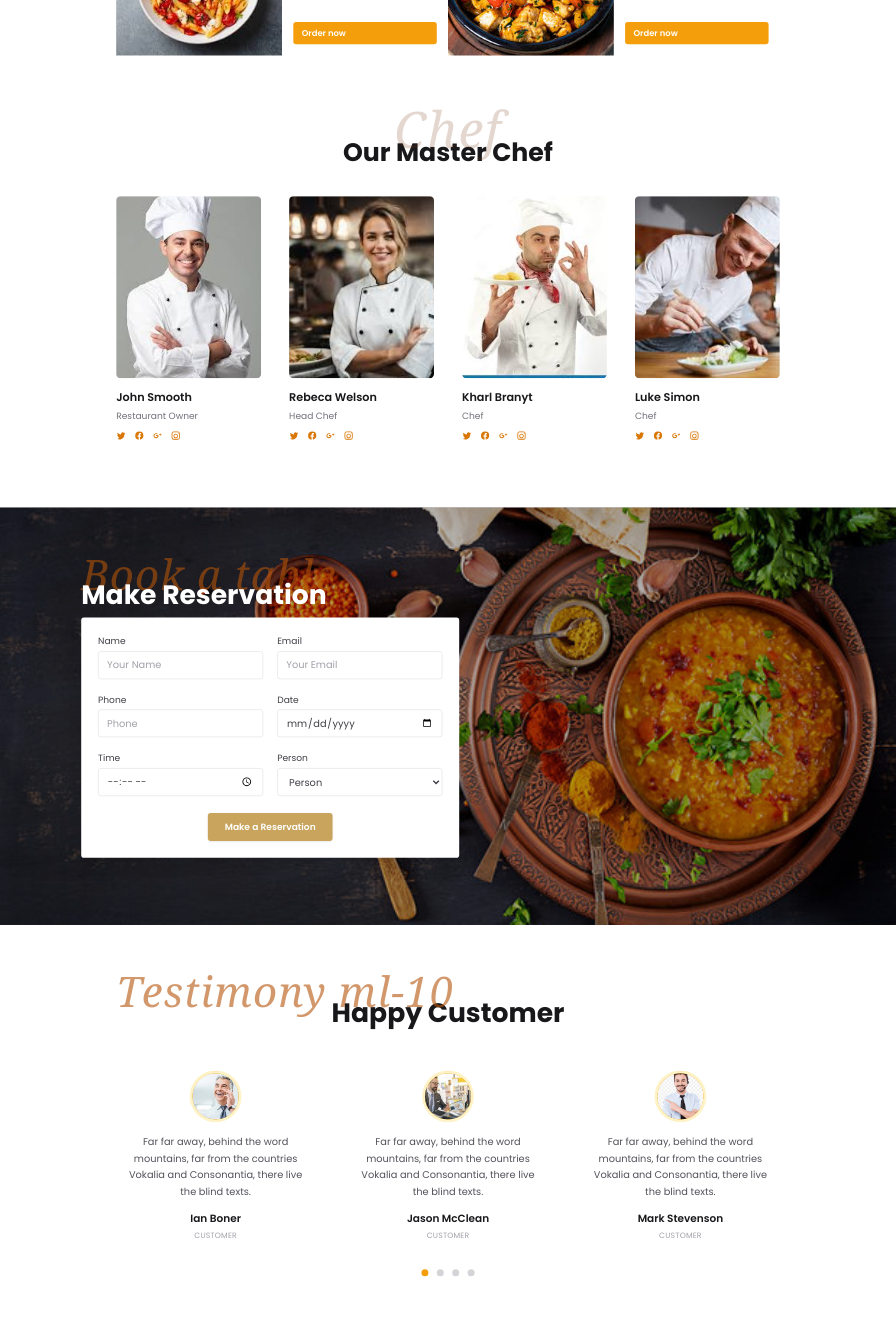
Repository: Purniagithub/Benttacproject
Page: /
An editor plug-in stored every save of this project. The page is shown before and after the next save, followed by the edit.
The browser window is 1280 px wide. The pictures show the part of the page from y = 2385 to 4305 px (the page is 4305 px tall), at 70% of full size.
Some web fonts or font styles are not loaded; a fallback is used. The project was rebuilt for these pictures with package versions that can differ from the ones it lists, and the page was loaded fresh each time. Also part of the build but not shown: vite.config.js.

Above is the page before, as saved 2025-08-21 19:41:34.

After the next save:
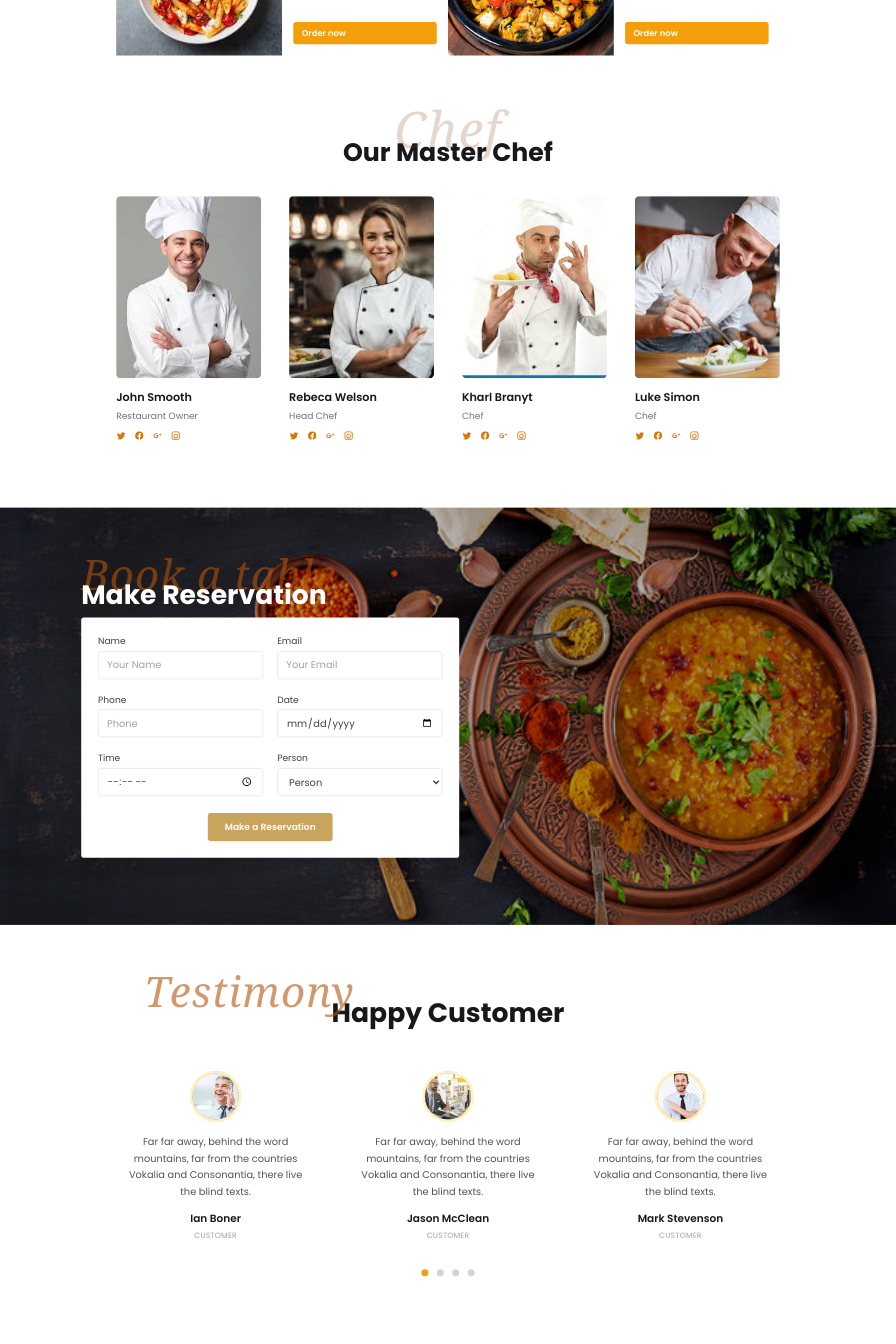
Saved 34 s later.
--- a/src/components/ReservationTestimonials.jsx
+++ b/src/components/ReservationTestimonials.jsx
@@ -187,7 +187,7 @@ export default function ReservationTestimonials() {
       {/* Testimonials */}
       <div className="relative mx-auto max-w-[980px] px-4 py-20 sm:py-24">
         <div className="relative">
-          <Accent text="Testimony ml-10" />
+          <Accent className="ml-10" text="Testimony" />
           <h2 className="text-center text-[34px] sm:text-[38px] font-extrabold text-zinc-900">
             Happy Customer
           </h2>
